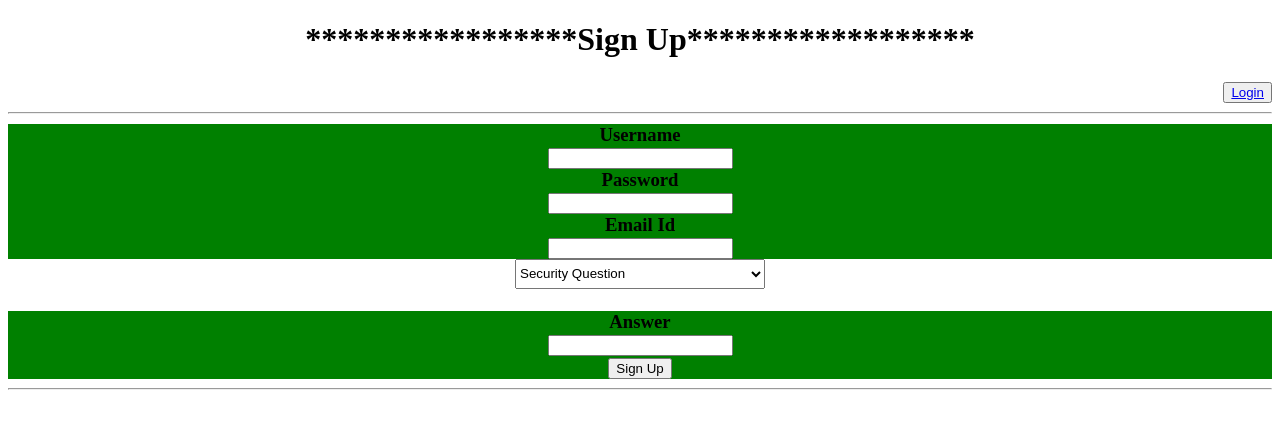
Repository: ShikhaRawat6/mail_simulation
Page: http://localhost/Mail_Simulation/WEB-INF/view/registration.jsp
The author's editor kept a copy of each file at every save. The page is drawn from the files as they stood at one save, then again after the next save.
The browser window is 1280 px wide. The pictures show the whole page.
The page is served by Tomcat 9. Nobody is signed in. The template is opened directly, without the code that normally fills it, so the values that code supplies are empty.

Above is the page before, as saved 2020-01-30 14:18:41.

After the next save:
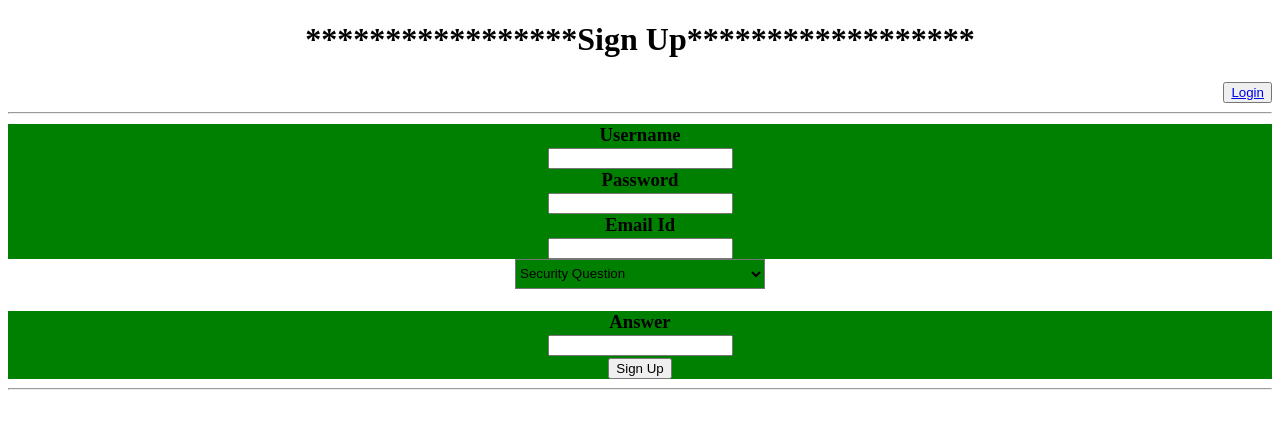
Saved 34 s later.
--- a/Mail_Simulation/WebContent/WEB-INF/view/registration.jsp
+++ b/Mail_Simulation/WebContent/WEB-INF/view/registration.jsp
@@ -36,7 +36,7 @@
 				 </label> <br> <input type="text" name="scrqn" id="scrqn" required="required">
 			</div> -->
 
-			<select name='scrqn' id='scrqn' required="required" style="width: 250px; height: 30px" style="background-color: green";>
+			<select name='scrqn' id='scrqn' required="required" style="width: 250px; height: 30px; background-color: green";>
 			<option value='' selected disabled style="background-color: green";>Security Question</option>
 			<option value="1">What's your pet name?</option>
 			<option value="2">Who's your favourite actor?</option>
